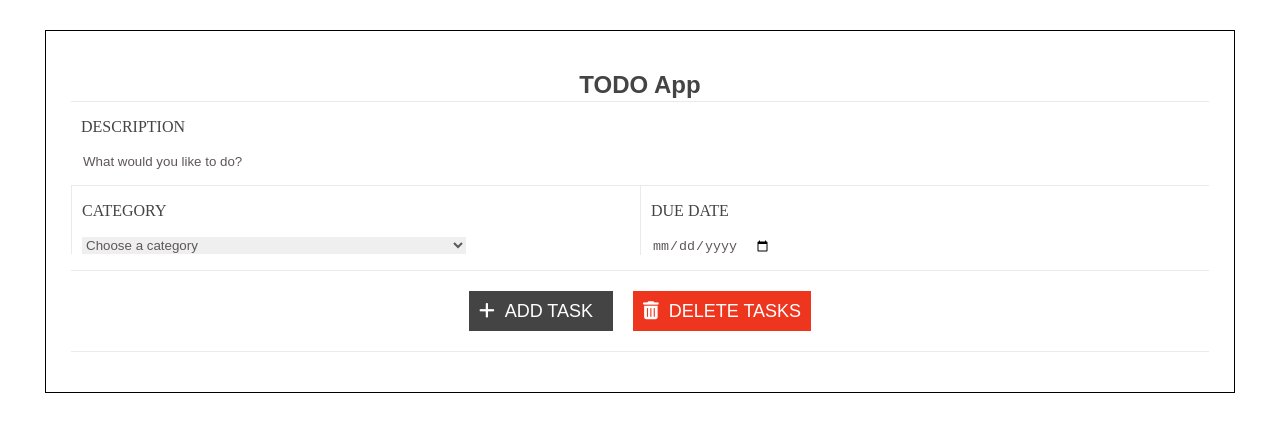
Repository: king-slayer97/TODO-App
Page: http://localhost/
An editor plug-in stored every save of this project. The page is shown before and after the next save, followed by the edit.
The browser window is 1280 px wide. The pictures show the whole page.
Some web libraries are served in a nearby version. The page is served by the project's Node server (index.js). Other server files are loaded and not shown. Queries for data that is not in the repository find no rows.

Above is the page before, as saved 2022-08-17 23:01:35.

### views/home.ejs
<!DOCTYPE html>
<html lang="en">

<head>
    <meta charset="UTF-8">
    <meta http-equiv="X-UA-Compatible" content="IE=edge">
    <meta name="viewport" content="width=device-width, initial-scale=1.0">
    <title>TODO App</title>
    <link rel="stylesheet" href="https://cdnjs.cloudflare.com/ajax/libs/font-awesome/6.1.1/css/all.min.css"
        integrity="sha512-KfkfwYDsLkIlwQp6LFnl8zNdLGxu9YAA1QvwINks4PhcElQSvqcyVLLD9aMhXd13uQjoXtEKNosOWaZqXgel0g=="
        crossorigin="anonymous" referrerpolicy="no-referrer" />
    <link rel="stylesheet" href="/css/home.css">
</head>

<body>
    <div class="wrapper">
        <div class="heading">
            <h2>TODO App</h2>
        </div>
        <form action="" method="post">
            <div class="description">
                <p>Description</p>
                <input type="text" name="description" placeholder="What would you like to do?">
            </div>
            <div class="section2">
                <div class="category">
                    <p>Category</p>
                    <select name="category">
                        <option selected disabled><i class="fa-solid fa-caret-down"></i>Choose a category </option>
                        <option value="Personal">Personal</option>
                        <option value="Work">Work</option>
                        <option value="School">School</option>
                        <option value="Cleaning">Cleaning</option>
                        <option value="Other">Other</option>
                    </select>
                </div>
                <div class="date">
                    <p>Due Date</p>
                    <input type="date" name="due_date">
                </div>
            </div>
            <div class="buttons">
                <button type="submit" id="add-button" formaction="/create-task"><i class="fa-solid fa-plus"></i>Add
                    Task</button>
                <button id="delete-button" formaction="/delete-task"><i class="fa-solid fa-trash-can"></i>Delete
                    Tasks</button>
            </div>
            <!-- </form>
        <form action="/delete-task" method="POST"> -->
            <div class="tasks">
                <% for(let task of tasks){ %>
                    <div class="task-wrapper">
                        <div class="input-wrapper">
                            <input type="checkbox" name="taskItem" value=<%=task._id %>>
                            <div class="task">
                                <div class="task-desc-wrapper">
                                    <div class="task-desc">
                                        <label class="strike-<%=task._id %>">
                                            <%=task.description %>
                                        </label>
                                    </div>
                                    <span class="task-dueDate strike-<%=task._id %>">
                                        <i class="fa-solid fa-calendar-days"></i>
                                        <span class="task-date">
                                            <%=task.due_date %>
                                        </span>
                                    </span>
                                </div>
                            </div>
                        </div>
                            <div class="task-category">
                                <%=task.category %>
                            </div>
                    </div>
                        <% } %>
        </form>
    </div>
    <script src="/js/home.js"></script>
</body>

</html>

### index.js
const express = require('express');
const PORT = 3000;
const app = express();
const db = require('./config/mongoose');

//setup view engine
app.set('view engine', 'ejs');
app.set('views','./views');
app.use(express.static('assets'));
app.use(express.urlencoded());

//importing routes
const router = require('./routes');
app.use('/',router);

//Listening on port 3000
app.listen(PORT, function(err){
    if(err) {
        console.log(`Error: ${err}`);
    }
    else{
        console.log(`Listening on port ${PORT}`);
    }
});

### controllers/home_controller.js
const Task = require('../models/userTask');

module.exports.homePage = function(req, res){
    Task.find({}, function(err, taskList){
        if(err){
            console.log(`Couldnt perform read operation. Please try again!`);
        }
        else{
            // console.log(taskList);
            res.render('home',{title: "TODO App",tasks:taskList});
        }
    });
};

### assets/css/home.css
body {
  margin: 0;
}

.wrapper {
  border: 1px solid black;
  padding: 20px 25px;
  margin: 30px 45px;
  /* height: 90vh; */
}

.heading {
  text-align: center;
  border-bottom: 1px solid #eaeaea;
  height: 30px;
  /* display: flex;
    align-items: center;
    justify-content: center; */
}

.heading h2 {
  color: #444444;
  font-family: Arial, Helvetica, sans-serif;
  /* font-style: inherit; */
}

.description {
  border-bottom: 1px solid #eaeaea;
  /* display: flex;
    flex-direction:column;
    justify-content: flex-start; */
  /* background-color: yellow; */
  padding: 0px 10px;
  padding-bottom: 15px;
}

.description p,
.category p,
.date p {
  color: #444444;
  text-transform: uppercase;
  /* background-color: pink; */
}

.description input[type="text"] {
  border-style: none;
  width: 100%;
  /* text-align: left; */
}

.section2 {
  display: flex;
  align-items: center;
  justify-content: flex-start;
  border-bottom: 1px solid #eaeaea;
  padding-bottom: 15px;
}

.category select {
  width: 70%;
  /* -webkit-appearance: none;
  -moz-appearance: none;
  appearance: none; Remove default arrow */
  /* background-image: url(...);   Add custom arrow */
  /* background-color: transparent; */
}

select option {
  cursor: pointer;
  /* color: #333; */
}

/* select option:hover{
  background-color:pink;
} */

.category,
.date {
  /* height: 100%; */
  padding: 0px 10px;
  flex: 0.5;
}

/* .date input[type="date"] {
  /* height: 100%; */
/* } */

.category select,
.description input[type="text"],
input::placeholder,
.date input[type="date"] {
  font-size: 0.9 rem;
  border: none;
  outline: 0px;
  color: rgb(94, 87, 87);
  /* -webkit-appearance: button; */
  /* -webkit-box-shadow: 0px 1px 3px rgba(0, 0, 0, 0.1); */
}

.section2 .date,
.section2 .category {
  border-left: 1px solid #eaeaea;
}

.buttons {
  padding: 10px 15px;
  display: flex;
  align-items: center;
  justify-content: center;
  border-bottom: 1px solid #eaeaea;
}

.buttons button {
  margin: 10px;
  height: 40px;
  /* width: 150px; */
  text-transform: uppercase;
  color: white;
  border: none;
  padding: 5px 10px;
  cursor: pointer;
  font-size: large;
}

#add-button {
  background-color: #444444;
  padding-right: 20px;
}

#delete-button {
  background-color: #ee351e;
}

#delete-button i,
#add-button i {
  margin-right: 10px;
}

.tasks {
  margin-top: 20px;
}

.tasks .task {
  padding: 10px 0px;
  display: flex;
  align-items: center;
  justify-content: space-between;
}

.tasks .task-desc {
  display: flex;
  align-items: center;
}

.task-wrapper{
  display: flex;
  align-items: center;
  justify-content: space-between;
  border-bottom: 1px solid #eaeaea;
  padding: 10px;
}

.input-wrapper{
  display: flex;
  align-items: center;
}

input[type="checkbox"] {
  accent-color: green;
  width: 15px;
  height: 15px;
}

.tasks .task-dueDate {
  font-size: 12px;
  /* margin: 20px; */
  margin-left: 30px;
  color: grey;
}

.task-date{
  margin-left: 5px;
  text-transform: uppercase;
}

.tasks .task-category {
  /* border: 1px solid black; */
  padding: 10px 5px;
  text-transform: uppercase;
  width: 90px;
  text-align: center;
  color: white;
}

### assets/js/home.js
console.log(`This is home.js`);

let categoryContainer = document.querySelectorAll(".task-category");
console.log(categoryContainer);

//changing the date format
let dueDates = document.querySelectorAll(".task-date");
console.log(dueDates);
for (let i = 0; i < dueDates.length; i++) {
  var mydate = new Date(dueDates[i].innerText);
  console.log(mydate);
  var month = [
    "Jan",
    "Feb",
    "Mar",
    "Apr",
    "May",
    "June",
    "July",
    "Aug",
    "Sep",
    "Oct",
    "Nov",
    "Dec",
  ][mydate.getMonth()];
  let str;
  if (month === undefined) {
    str = "No Deadline";
  } else {
    str = month + " " + mydate.getDate() + ", " + mydate.getFullYear();
}
    dueDates[i].innerText = str;
}

//Maintaining the color of the Category
for (let category of categoryContainer) {
  if (category.innerText == "SCHOOL") {
    category.style.backgroundColor = "#f2a700";
  } else if (category.innerText == "WORK") {
    category.style.backgroundColor = "#9c00af";
  } else if (category.innerText == "PERSONAL") {
    category.style.backgroundColor = "#3f51b5";
  } else {
    category.style.display = "none";
  }
}

var checkedBoxes = document.querySelectorAll('input[name="taskItem"]');
console.log(checkedBoxes);

//Adding event listeners for striking off the checked task
for (let i = 0; i < checkedBoxes.length; i++) {
  let id = checkedBoxes[i].defaultValue;
  let elements = document.querySelectorAll(`.strike-${id}`);
  elements.forEach(function (element) {
    element.style.marginLeft = "10px";
  });
  checkedBoxes[i].addEventListener("click", function () {
    if (checkedBoxes[i].checked) {
      elements.forEach(function (element) {
        element.style.textDecoration = "line-through";
        element.style.opacity = "0.3";
      });
    } else {
      elements.forEach(function (element) {
        element.style.textDecoration = "none";
        element.style.opacity = "1";
      });
    }
    // document.querySelector(`#${checkedBoxes[i].defaultValue}`).
    // if(document.querySelectorAll('input[name="taskItem"]:checked')){
    //     let elements = document.querySelectorAll('.strike');
    //     console.log(elements);
    // }
    console.log(`Inside Event Listener`);
  });
}

After the next save:
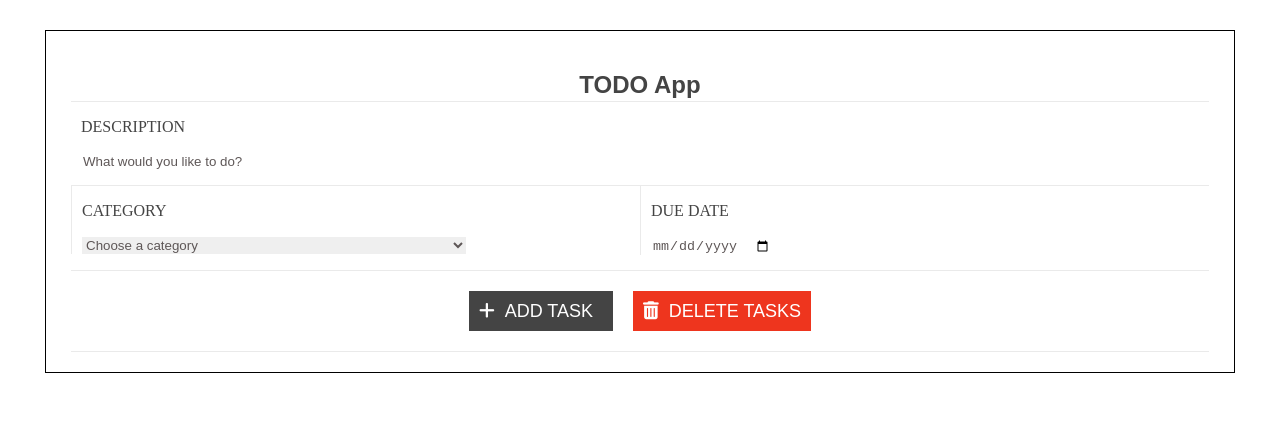
Saved 29 s later.
--- a/assets/css/home.css
+++ b/assets/css/home.css
@@ -137,7 +137,7 @@ input::placeholder,
 }
 
 .tasks {
-  margin-top: 20px;
+  /* margin-top: 20px; */
 }
 
 .tasks .task {
